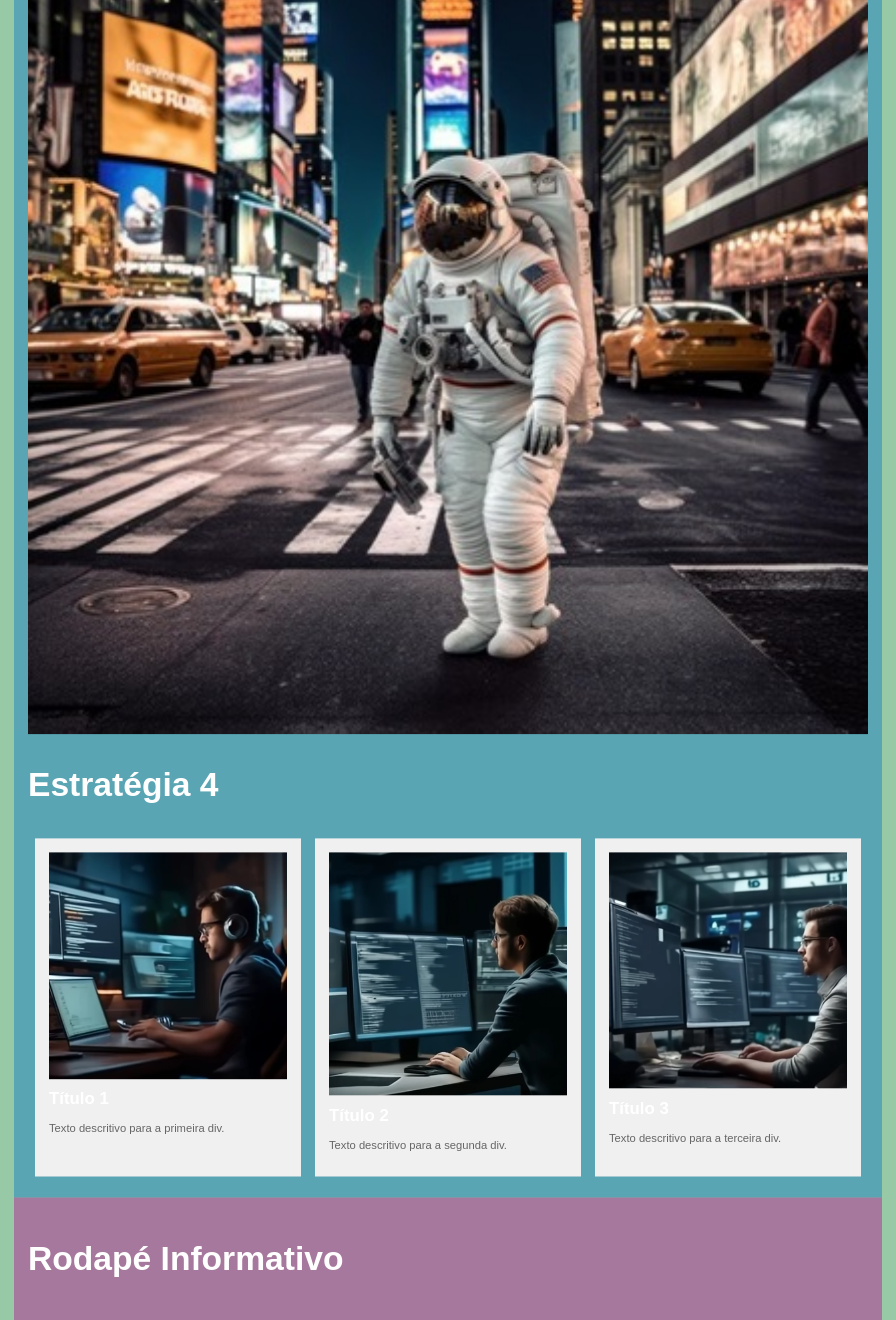
Repository: douglasabnovato/model-lp
Page: index.html
These files come from the project's save history. The page is drawn as it stood at one moment and after the next save; the edit follows.
The browser window is 1280 px wide. The pictures show the part of the page from y = 1324 to 3244 px (the page is 3210 px tall before and 3244 px after), at 70% of full size.

Above is the page before, as saved 2025-02-25 12:23:03.

After the next save:
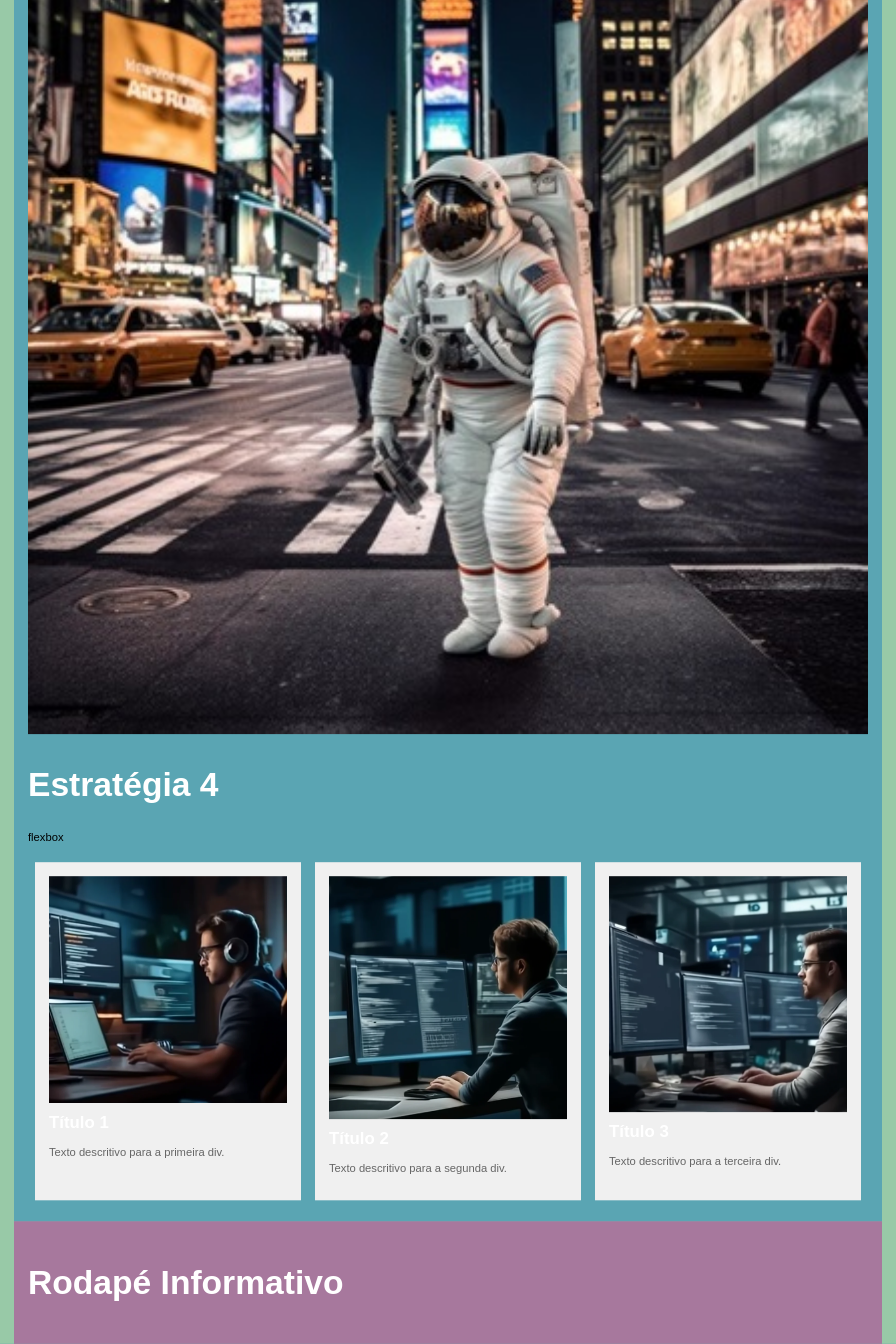
Saved 52 min 17 s later.
--- a/index.html
+++ b/index.html
@@ -43,6 +43,7 @@
       </div>
 
       <h2>Estratégia 4</h2>
+      <p>flexbox</p>
       <div class="container">
         <div class="filha">
           <img src="./assets/developer-1.png" alt="Descrição 1">
